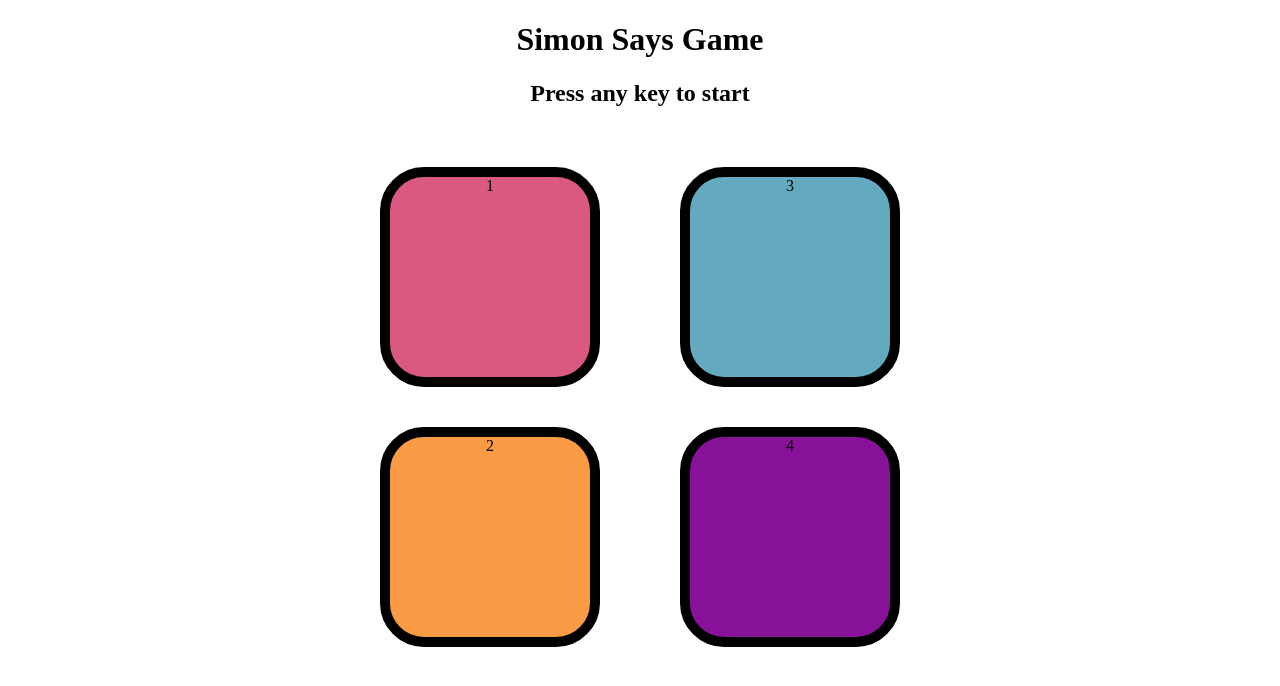
Repository: Manish-tomar-aligarh/Simon-Says-Game
Page: index.html
The author's editor kept a copy of each file at every save. The page is drawn from the files as they stood at one save, then again after the next save.
The browser window is 1280 px wide. The pictures show the whole page.

Above is the page before, as saved 2025-05-25 11:34:28.

After the next save:
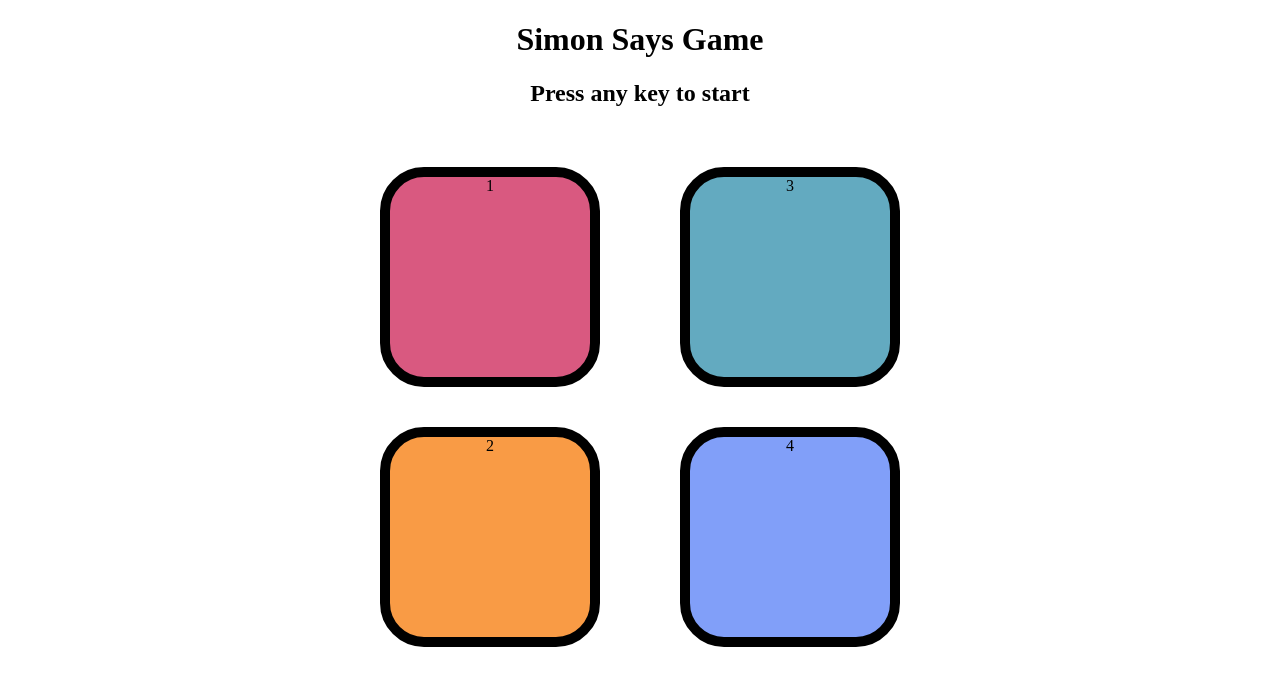
Saved 4 s later.
--- a/style.css
+++ b/style.css
@@ -25,5 +25,5 @@ body{
     background-color: #63aac0;
 }
 .purple{
-    background-color: #819;
+    background-color: #819ff9;
 }
